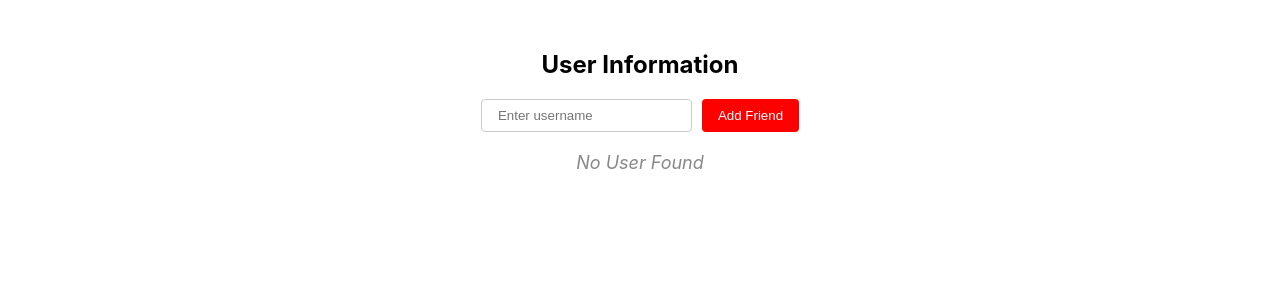
Repository: Sanketh149/leetcode-discord
Page: /
The author's editor kept a copy of each file at every save. The page is drawn from the files as they stood at one save, then again after the next save.
The browser window is 1280 px wide. The pictures show the whole page.
The project was rebuilt for these pictures with package versions that can differ from the ones it lists, and the page was loaded fresh each time. Also part of the build but not shown: src/Modal.module.css, src/Modal.js, src/Cart.module.css, src/Cart.js.

Above is the page before, as saved 2023-06-21 16:23:47.

After the next save:
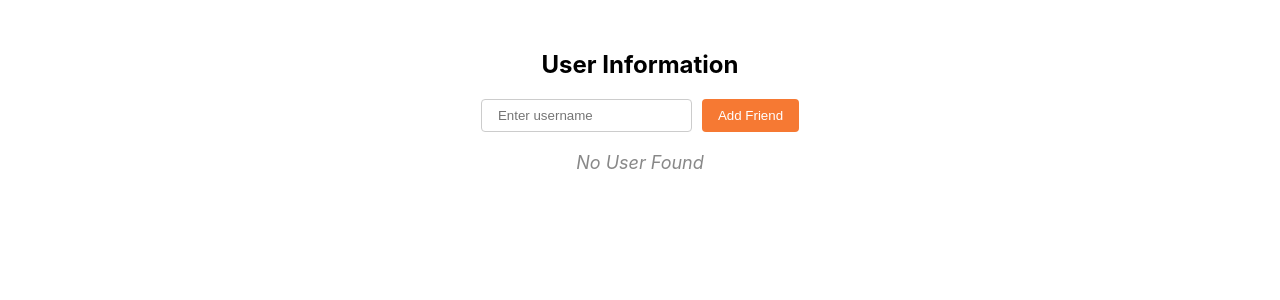
Saved 94 s later.
--- a/src/App.css
+++ b/src/App.css
@@ -33,7 +33,7 @@
 .app__button_disabled {
   padding: 8px 16px;
   border-radius: 4px;
-  background-color: red;
+  background-color: rgb(246, 121, 51);
   color: #fff;
   border: none;
   cursor: pointer;
